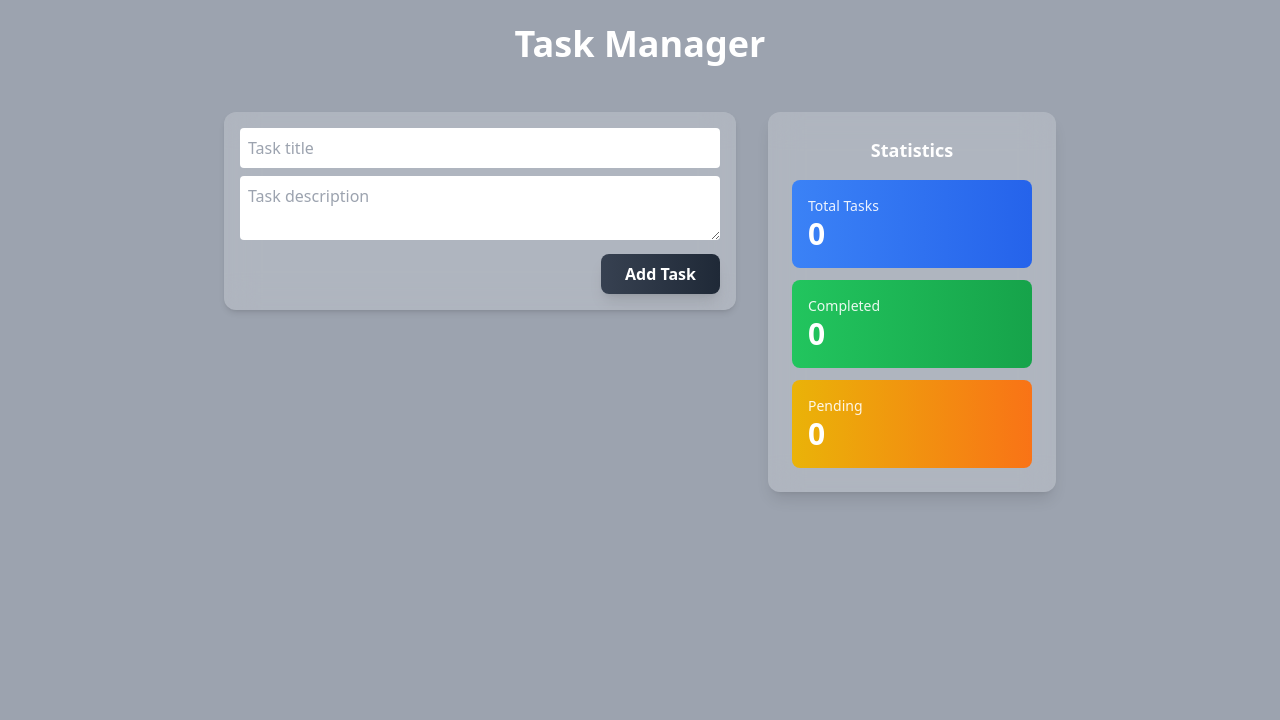
Repository: Meenakshi-commits/mern-task-manager
Page: / (app in client/)
The author's editor kept a copy of each file at every save. The page is drawn from the files as they stood at one save, then again after the next save.
The browser window is 1280 px wide. The pictures show the whole page.
The page's requests for data from a server got no answer. The project was rebuilt for these pictures with package versions that can differ from the ones it lists, and the page was loaded fresh each time. No one was signed in, and anything a server would have sent is missing. Also part of the build but not shown: client/vite.config.js, client/src/components/TaskItem.jsx.

Above is the page before, as saved 2026-01-09 17:41:56.

After the next save:
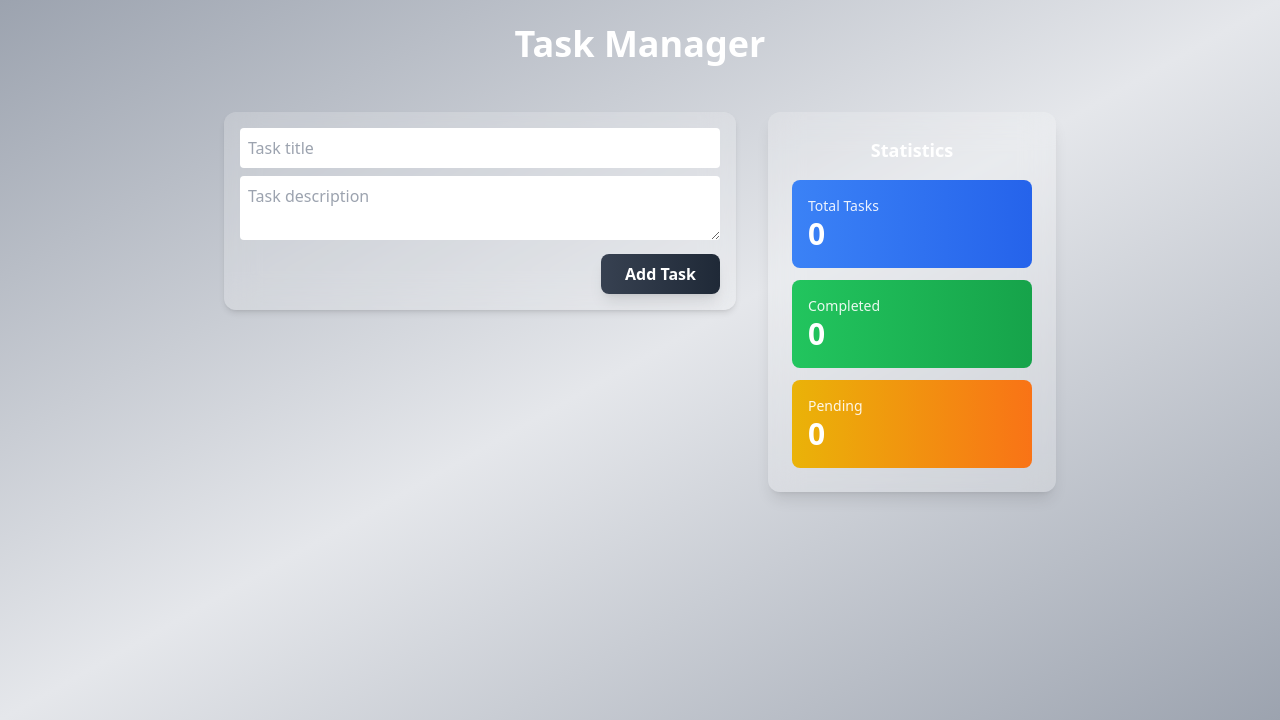
Saved 4 s later.
--- a/client/src/App.jsx
+++ b/client/src/App.jsx
@@ -19,7 +19,7 @@ export default function App() {
   const pending = tasks.length - completed;
 
   return (
-    <div className="min-h-screen bg-gradient-to-br from-gray-400 via-gray-00 to-gray-400 p-6">
+    <div className="min-h-screen bg-gradient-to-br from-gray-400 via-gray-200 to-gray-400 p-6">
       <h1 className="text-4xl font-bold text-center mb-12 text-white">
         Task Manager
       </h1>
